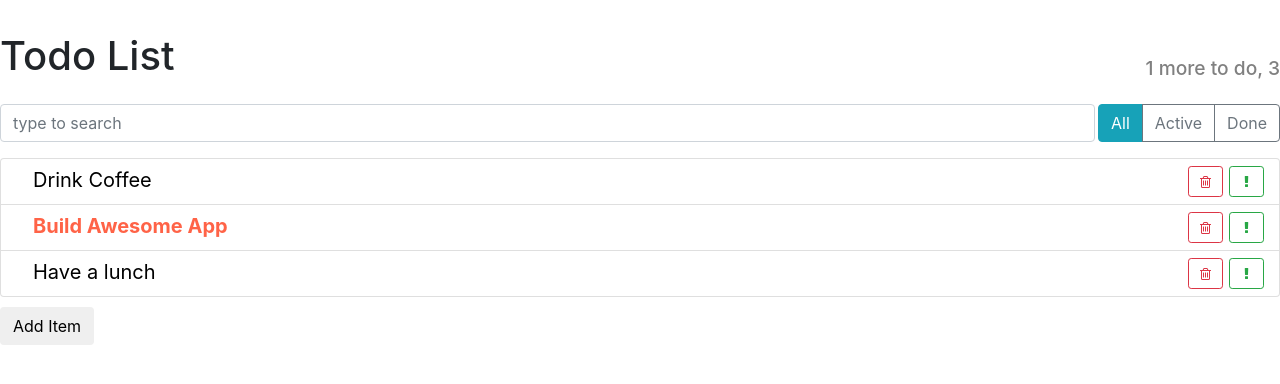
Repository: max535/react-todo-list
Page: /
These files come from the project's save history. The page is drawn as it stood at one moment and after the next save; the edit follows.
The browser window is 1280 px wide. The pictures show the whole page.
The project was rebuilt for these pictures with package versions that can differ from the ones it lists, and the page was loaded fresh each time.

Above is the page before, as saved 2022-01-16 23:03:43.

After the next save:
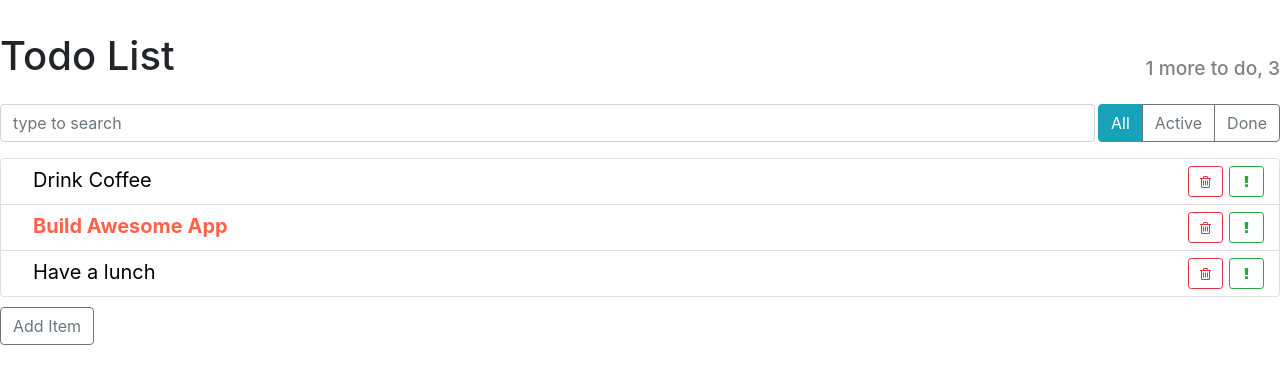
Saved 16 s later.
--- a/src/components/ItemAddForm/index.jsx
+++ b/src/components/ItemAddForm/index.jsx
@@ -5,7 +5,7 @@ import './ItemAddForm.css';
 export const ItemAddForm = () => {
     return (
         <div className="item-add-form">
-            <button className="btn btn-outline">Add Item</button>
+            <button className="btn btn-outline-secondary">Add Item</button>
         </div>
     );
 };
